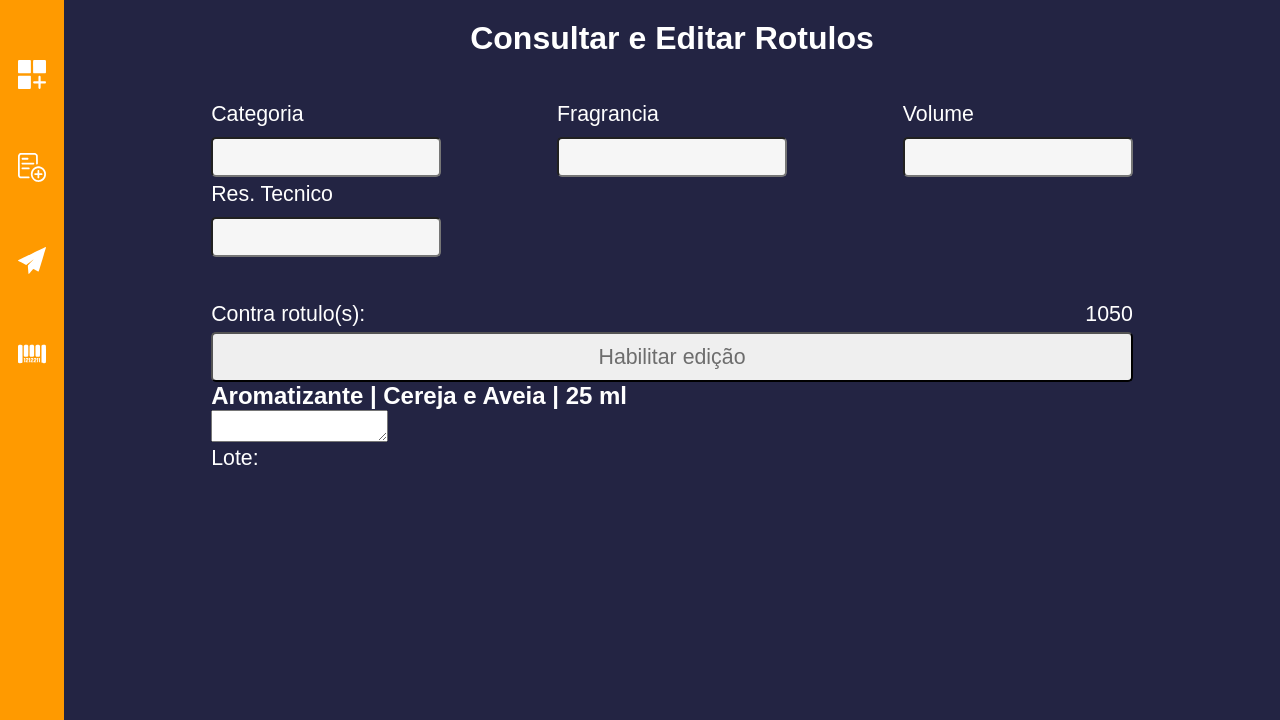
Repository: jeanjanrley/Organizador-de-rotulos
Page: /consultar
The author's editor kept a copy of each file at every save. The page is drawn from the files as they stood at one save, then again after a run of saves.
The browser window is 1280 px wide. The pictures show the whole page.
The project was rebuilt for these pictures with package versions that can differ from the ones it lists, and the page was loaded fresh each time. Also part of the build but not shown: src/pages/home/Home.js.

Above is the page before, as saved 2021-06-26 16:03:21.

### src/index.js
import React from 'react';
import ReactDOM from 'react-dom';
import App from './App';
import reportWebVitals from './reportWebVitals';



ReactDOM.render(
  <React.StrictMode>
    <App />
  </React.StrictMode>,
  document.getElementById('root')
);
reportWebVitals();

### src/App.js
import {BrowserRouter, Route, Switch} from 'react-router-dom'
import './styles/global.scss'

import Home from './pages/home/Home'
import Consultar from './pages/consultar/index'

function App() {
  return (
    <BrowserRouter>
        <Switch>
          <Route path={'/'} exact component={Home}/>
          <Route path={'/consultar'}  component={Consultar}/>
        </Switch>
    </BrowserRouter>
  );
}

export default App;

### src/styles/global.scss
*{
    margin: 0;
    padding: 0;
    box-sizing: border-box;
    font-family: 'Poppins', sans-serif;
}

body{
    background: #232443;

}

.Page{
    display: flex;
}


h1, h2, h3, h4, h5, h6, p, span{
    color: #fff;
}

input{
    color: rgb(92, 92, 92);
}

a{
    text-decoration: none;
    color: #fff;
    font-size: 16pt;
}



main{
    display: flex;
    flex-direction: column;
    width: 95vw;
    height: 100%;
    justify-content: center;
    justify-items: center;
    align-content: center;
    align-items: center;

}

### src/pages/consultar/index.js
import React from 'react';
import Aside from '../../components/aside/index'
import Filter from '../../components/filter/index'
import Rotulo from '../../components/rotulo/index'

import '../home/styles.scss'


export default function Home(){
    return(
        <div className="Page">
            <Aside/>
            <main className="Home">

                <h1>Consultar e Editar Rotulos</h1>
                <div className="filterArea">
                    <Filter title="Categoria"/>
                    <Filter title="Fragrancia"/>
                    <Filter title="Volume"/>
                    <Filter title="Res. Tecnico"/>
                </div>

                <div className="contra-rotulo">
                    <div className="contra-rotulo-count">
                        <span>Contra rotulo(s):</span>
                        <span>{50+1000}</span>
                    </div>
                    <div className="contra-rotulo-area">
                        <button className="edicao">Habilitar edição</button>
                        <Rotulo/>
                    </div>
                </div>


            </main>
        </div>
    )
}

### src/components/aside/index.js
import React from 'react'
import {Link} from 'react-router-dom'
import './styles.scss'
import add from '../../assets/icons/add.svg'
import prancher from '../../assets/icons/prancher.svg'
import direct from '../../assets/icons/direct.svg'
import codigo from '../../assets/icons/codigo.svg'

export default function Aside() {
    return(
        <aside>
            <div className="add">
                    <img src={add} />
                <Link className="Link" to={'/'}>
                    N-R
                </Link>
                <Link className="Link" to={'/Consultar'}>
                    C-E
                </Link>
            </div>
            <div className="prancher">
                    <img src={prancher} />
                <Link className="Link" to={'/Home'}>
                    N-R
                </Link>
                <Link className="Link" to={'/Home'}>
                    C-E
                </Link>
            </div>
            <div className="direct">
                    <img src={direct} />
                <Link className="Link" to={'/Home'}>
                    N-R
                </Link>
                <Link className="Link" to={'/Home'}>
                    C-E
                </Link>
            </div>
            <div className="codigo">
                    <img src={codigo} />
                <Link className="Link" to={'/Home'}>
                    N-R
                </Link>
                <Link className="Link" to={'/Home'}>
                    C-E
                </Link>
            </div>
        </aside>
    )
}

### src/components/filter/index.js
import React from 'react'
import './styles.scss'

export default function(props){
    return(
        <div className="filter">
            <span>{props.title}</span>
            <input list={props.id} name={props.id} id={props.id}/>
            <datalist id={props.id}>
                <option value={props.value}/>
             </datalist>
        </div>
    )
}

### src/pages/home/styles.scss
.Home{
    padding-top: 20px;
    gap: 45px;

    .filterArea{
        display: flex;
        flex-wrap: wrap;
        flex-direction: row;
        justify-content: space-between;
        gap: 5px;
        width: 72vw;

    }

    .contra-rotulo{
        display: flex;
        flex-direction: column;
        align-items: left;
        justify-content: left;
        gap: 5px;

        .contra-rotulo-count{
            display: flex;
            width: 72vw;
            justify-content: space-between;
        }

        .filter-rotulo{
            width: 72vw;
            height: 35px;
            border-radius: 5px;

        }

        span {
            font-size: 16pt;
        }

        > textarea{
            width: 72vw;
            resize: vertical;
            min-height: 25vh;
            border-radius: 10px;

        }

        button{
            height: 50px;
            width: 72vw;
            border-radius: 5px;
            font-size: 16pt;
            color: #6D6D6D;
        }
    }
}

### src/components/rotulo/index.js
import React from 'react'

export default function Rotulo(props){
    return(
        <div className="rotulo">
            <h2>Aromatizante | Cereja e Aveia | 25 ml</h2>
            <div>
                <textarea/>
                <div clasName="rotulo-dados">
                    <div>
                        <span>Lote:</span>
                    </div>
                </div>
            </div>
        </div>
    )
}

### src/components/aside/styles.scss
aside{
    padding-top: 50px;
    display: flex;
    flex-direction: column;

    align-items: center;
    justify-content: baseline;

    width: 5vw;
    height: 100vh;
    background: #FF9A00;

    > div{
        display: flex;
        flex-direction: column;
        align-items: center;
        width: 100%;
        margin-bottom: 30px;
        padding: 10px 0;
        transition: 0.5s;
        gap: 10px;



        img{
            width: 4vh;
            height: 4vh;
            margin-bottom: 2vh;
        }
        .Link{
            display: none,

        }
    }

    > div:hover{
        display: flex;
        flex-direction: column;
        align-items: center;
        width: 100%;
        margin-bottom: 40px;
        background: #CC7B00;
        padding: 10px 0;


        img{
            width: 4vh;
            height: 4vh;
            margin-bottom: 2vh;
        }
        .Link{
            display: flex;
        }
    }
}

### src/components/filter/styles.scss
.filter{
    display: flex;
    flex-direction: column;
    justify-items: left;
    gap: 10px;

    > span{
        font-size: 16pt;

    }

    > input {
        width: 230px;
        height: 40px;
        border-radius: 5px;
        background: #F6F6F6;
    }
}

Loaded but not shown: src/reportWebVitals.js (common file)

After the next 4 saves:
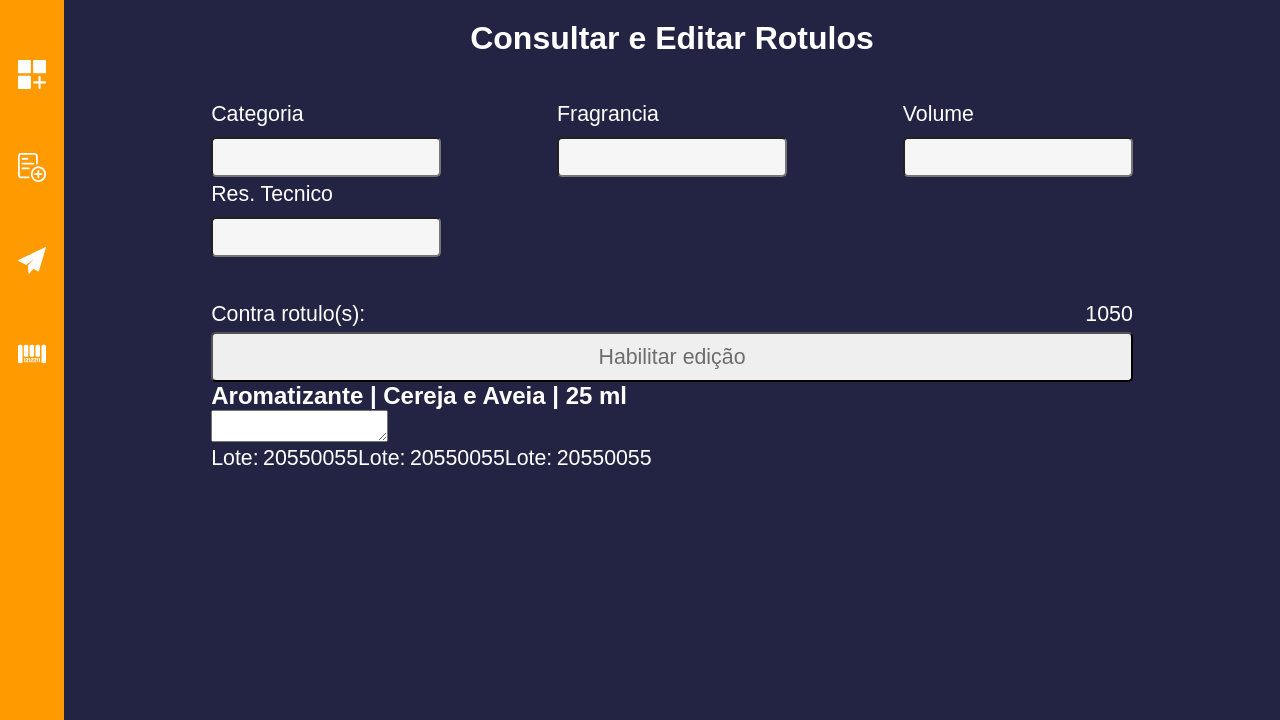
The 4 saves are shown as one change because they came seconds apart.
The last was saved 18 s later.
--- a/src/components/rotulo/index.js
+++ b/src/components/rotulo/index.js
@@ -8,7 +8,9 @@ export default function Rotulo(props){
                 <textarea/>
                 <div clasName="rotulo-dados">
                     <div>
-                        <span>Lote:</span>
+                        <span>Lote:</span> <span>20550055</span>
+                        <span>Lote:</span> <span>20550055</span>
+                        <span>Lote:</span> <span>20550055</span>
                     </div>
                 </div>
             </div>
